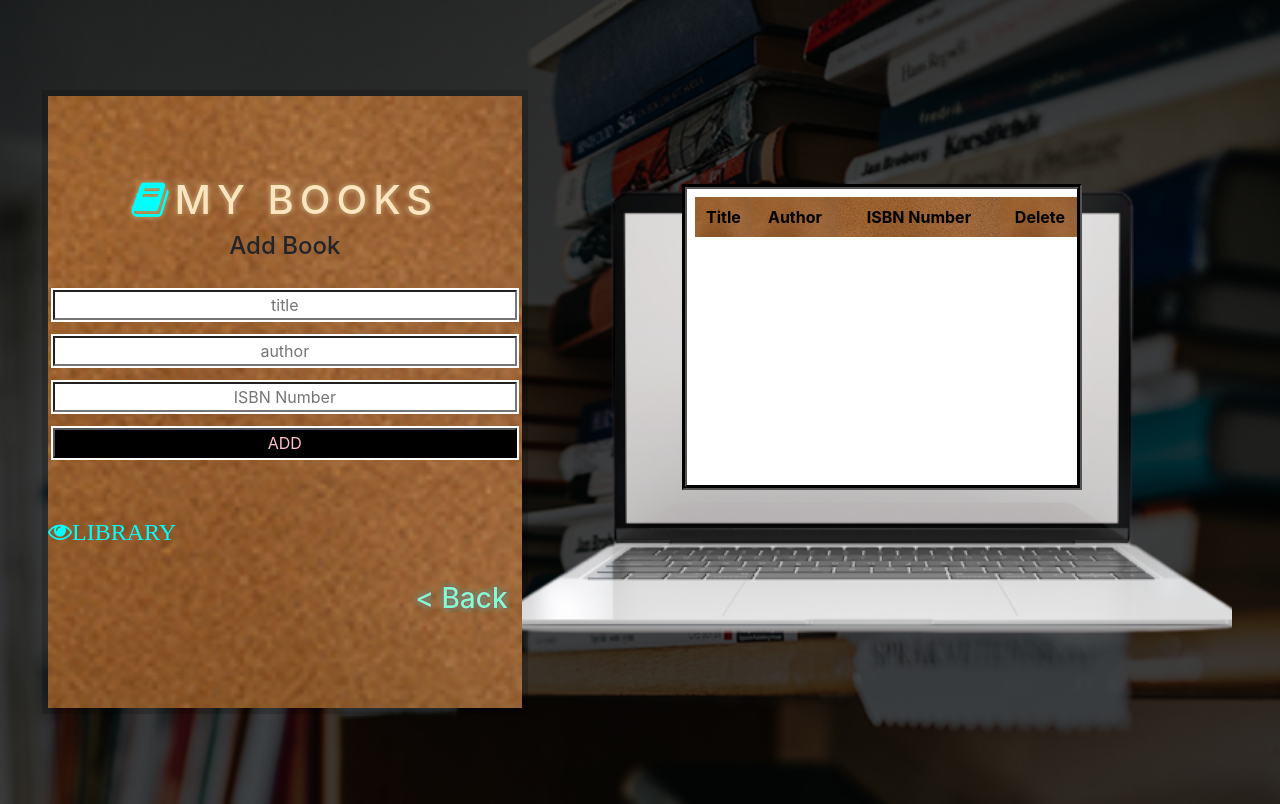
Repository: CSituma/Home-Library-App
Page: libu.html
An editor plug-in stored every save of this project. The page is shown before and after the next save, followed by the edit.
The browser window is 1280 px wide. The pictures show the whole page.
Backgrounds fixed to the window are drawn as part of the page. Some web libraries are served in a nearby version.

Above is the page before, as saved 2020-11-10 21:39:02.

### libu.html
<!DOCTYPE html>
<html lang="en">
<head>
    <meta charset="UTF-8">
    <meta name="viewport" content="width=device-width, initial-scale=1.0">
    <meta http-equiv="X-UA-Compatible" content="ie=edge">
    <link rel="stylesheet" href="style.css">
    <link rel="stylesheet" href="https://cdnjs.cloudflare.com/ajax/libs/font-awesome/4.7.0/css/font-awesome.min.css"/>
<link rel="stylesheet" href="https://stackpath.bootstrapcdn.com/bootstrap/4.5.0/css/bootstrap.min.css" integrity="sha384-9aIt2nRpC12Uk9gS9baDl411NQApFmC26EwAOH8WgZl5MYYxFfc+NcPb1dKGj7Sk" crossorigin="anonymous"/>
<link rel="stylesheet" href="https://cdnjs.cloudflare.com/ajax/libs/animate.css/4.0.0/animate.min.css"/>
  <title>BOOK TRACKER</title>
</head>
<body>
    <div class="columns">
        <div class="js">

            <h1><i class="fa fa-book"></i>MY BOOKS</h1>
                        <h4>Add Book</h4>
            <form id="form">
                <input type= "text" id= "title"  placeholder="title">
                <input type= "text" id= "author" placeholder="author" >
                <input type= "text" id= "number" placeholder="ISBN Number">
                <input type= "submit"id= "button" value="ADD">
            </form>
        <h3> <a href= "./index.html"> < Back </a></h3>
        <h4 id="libur"><a href= "#storage"><i class="fa fa-eye">LIBRARY</i></a></h4>

        </div>
        <div class="storage" id="storage" >
              <div class="storage_items">
        <table id="table">
            <thead>
                <tr>
                <th id="title">Title</th>
                <th>Author</th>
                <th>ISBN Number</th>
                <th>Delete</th>
                </tr>
                </thead>
                <tbody class="Booklist" id="booklist">
                </tbody>
            </table>
            </div>
        </div>
</div>
    <script src="lib.js"></script>
 </body>
 </html>

### style.css
/*homepage//////////////*/
body,
html {
  max-width: 100%;
  margin: 0;
  padding: 0;
  max-height: 100%;
  background: url("./images/sandra-seitamaa-qkIWnKtGhg4-unsplash.jpg")
    center/cover no-repeat fixed;
}

.container {
  margin: 10em 20em 20em 20em;
  height: 400px;
  width: 40%;
  background-color: rgba(146, 116, 15, 0.445);
  text-align: center;
}

.lol {
  padding-top: 5em;
  font-weight: 800;
  font-style: italic;
}
span {
  color: yellow;
  font-weight: 400;
}
#lolone {
  color: ghostwhite;
}

h3 {
  padding-top: 4em;
  float: right;
  margin-right: 0.5em;
  font-weight: 900;
  font-size: 2rem;
  text-shadow: 0 0 3px #FF0000, 0 0 5px aqua;
}

h3 a {
  text-decoration: none;
 color: aquamarine;

}

h3 a:hover {
  text-decoration: none;
  color: burlywood;
}

#you {
  padding: 1rem;
  color: gold;
}

/*library////////////////*/
.columns {
  display: flex;
  justify-content: space-between;
  max-width: 100%;
  max-height: 100%;
  background: rgba(0, 0, 0, 0.692);

}
h1{
  letter-spacing: 6px;
  text-shadow: 0 0 3px olive, 0 0 5px pink;
  padding-top:2em;
  margin: 0;
  color: bisque;

}
table {
  background: black;
  width: 100%;
  margin:0.5em;
  margin-left:0.2em;
  text-align: center;
  color:white;

}


td{
  margin: 2em;
}
tr{
  border-left: white 5px solid;
  height: 40px;
}
th {
  color: black;
  background:url('./images/josephine-bredehoft-KsAo8ouBn8A-unsplash.jpg') center/cover no-repeat;
  outline: none;
}
tbody tr:nth-child(odd){
  background:white;
 color: olive;
}
tbody tr:nth-child(odd):hover {
  box-shadow: 0 0 0 2px white;

}
tbody tr:nth-child(even){
background:black;

}
tbody tr:nth-child(even):hover{
  box-shadow: 0 0 0 2px gray;
}

 .fa {
   color:aqua;
 }
 .fa:hover{
   font-size:1.3em;
 }
form {
  padding: 0.3em;
  margin-top: 1em;
}

form input {
  width: 100%;
  margin: 0.5em 0;
  -webkit-box-shadow: 0 0 0 2px white;
  box-shadow: 0 0 0 2px white;
}

:placeholder-shown {
  text-align: center;
}

#button {
  color: pink;
  background-color: black;
}

/*/////////////////////////////////*/
.storage_items {

  background-color: white;
  width:100%;
  max-height: 70%;
  margin-left: 8em;
  margin-top: 5em;
  margin-bottom: 2em;
  border: rgb(0, 0, 0) 5px solid;
  border-style: groove;
  padding-bottom: 15em;
  overflow: scroll;
  scroll-behavior: smooth;
  scrollbar-width: 2px;
}
.storage {
  background:url("./images/1463-removebg-preview.png") center/cover no-repeat;
  width: 60%;
  height: 85vh;
  margin: 6em 3em 6em 0;
  border-radius: 3px;

}
.js {
  -webkit-box-shadow: 0 0 0 6px rgba(0, 0, 0, 0.191);
  box-shadow: 0 0 0 6px rgba(0, 0, 0, 0.191);
  text-align: center;
  width: 40%;
  margin: 6em 0em 6em 3em;
  background: url("./images/josephine-bredehoft-KsAo8ouBn8A-unsplash.jpg")
    center/cover no-repeat;
}
#libur {
  margin-top: 2em;
 float: left;
 margin-left: 0;
  color:black;
}
@media screen and (max-width:1000px) {
  .storage{
    margin-right: 0;

    background: url("./images/719-removebg-preview.png") center/cover no-repeat;
  }
  .storage_items{
    margin:0;
    font-size: 13px;
   border: 10px solid black;
   border-radius: 45px;
   border-bottom-right-radius:5px;
   border-bottom-left-radius:5px;
   border-top-right-radius:15px;

   padding:0;
   padding-bottom: 15em;

}

.js{
  margin: 0;}


}

@media screen and (min-width:1000px) {

 .storage_items{
  max-height: 60%;
    background-color: white;
    width: 400px;
    height: 50%;
    margin-left: 10em;
    margin-top: 5.5em;

  }


 }

 @media screen and (max-width:800px)
 {
  .storage{
    background: url("./images/719-removebg-preview.png") center/cover no-repeat;
  }
  .storage_items{
    margin:0;
    font-size: 13px;
   border: 10px solid black;
   border-radius: 45px;
   border-bottom-right-radius:5px;
   border-bottom-left-radius:5px;
   border-top-right-radius:15px;
   padding:0;
   padding-bottom: 15em;

}
.columns{
  flex-direction: column;
}
.js{
  width:100%;
  padding: 0 5em;
 }

 }

### lib.js
// Book Class: Represents a Book
class Book {
  constructor(title, author, isbn) {
    this.title = title;
    this.author = author;
    this.isbn = isbn;
  }
}

// UI Class: Handle UI Tasks
class UI {
//display Books.//
static displayBooks () {
 const books = Store.getBooks();
 books.forEach(((book) =>
  UI.addBookToList(book)));
}


//addbooks
static addBookToList(book) {

const bookList = document.querySelector('#booklist');
const row = document.createElement('tr');

row.innerHTML= `<td>${book.title} </td>
               <td>${book.author}</td>
               <td>${book.isbn}</td>
              <td><i class="fa fa-trash-o"></i></td>`;

bookList.appendChild(row);

}


//deletebooks
static deleteBook(el){
 if(el.classList.contains('fa')){
   el.parentElement.parentElement.remove();
  }}

////show alert msg
static showAlert(message, className){
const div = document. createElement('div');
div.className = `alert alert-${className}`;
div.appendChild(document.createTextNode(message));
const button = document.getElementById('button');
const form = document.getElementById('form');


form.insertBefore(div, button);


//message vanishing//

setTimeout(() => {
  document.querySelector('.alert').remove();
}, 3000);

}

//clear fields//

static clearFields() {
  document.querySelector('#title').value = '';
  document.querySelector('#author').value = '';
  document.querySelector('#number').value = '';
}

}

///Events:
/* 1. Display Books */

document.addEventListener('DOMContentLoaded', UI.displayBooks);

/* 2. Add Books*/
document.querySelector("#form").addEventListener('submit',(e) =>
{
e.preventDefault();
///get form values//
const title = document.querySelector('#title').value;
const author = document.querySelector('#author').value;
const isbn = document.querySelector('#number').value;

  // Validate
 if(title ===''|| author===''|| isbn===''){
   UI.showAlert('Please fill in the Form', 'danger')
 }
else{
  //instantiate Book
  const book = new Book(title,author,isbn);

//////Adding
UI.addBookToList(book);

Store.addBook(book);

///Show Sucess Message
UI.showAlert('Added', 'success');
//Clearfields
UI.clearFields();


 }
}
);


/////3. Remove BOOK////
document.querySelector('#booklist').addEventListener('click', (e)=>{
e.preventDefault();
//deleting from UI

UI.deleteBook(e.target);
///deleting from Store
Store.removeBook(e.target.parentElement.previousElementSibling.textContent);
//Message
UI.showAlert('Book Deleted', 'danger');

}
);

///localStorage
class Store{
  static getBooks(){
    let books;
   if (localStorage.getItem('books') === null){
     books = [];
   }
   else {
     books = JSON.parse(localStorage.getItem('books'));
   }
   return books;
  }

  static addBook(book){
    const books= Store.getBooks();
    books.push(book);
   localStorage.setItem('books',JSON.stringify(books));
  }
  static removeBook(isbn) {
    const books = Store.getBooks();

    books.forEach((book, index) => {
      if(book.isbn === isbn) {
        books.splice(index, 1);
      }
    });
    localStorage.setItem('books', JSON.stringify(books));
  }
}

After the next save:
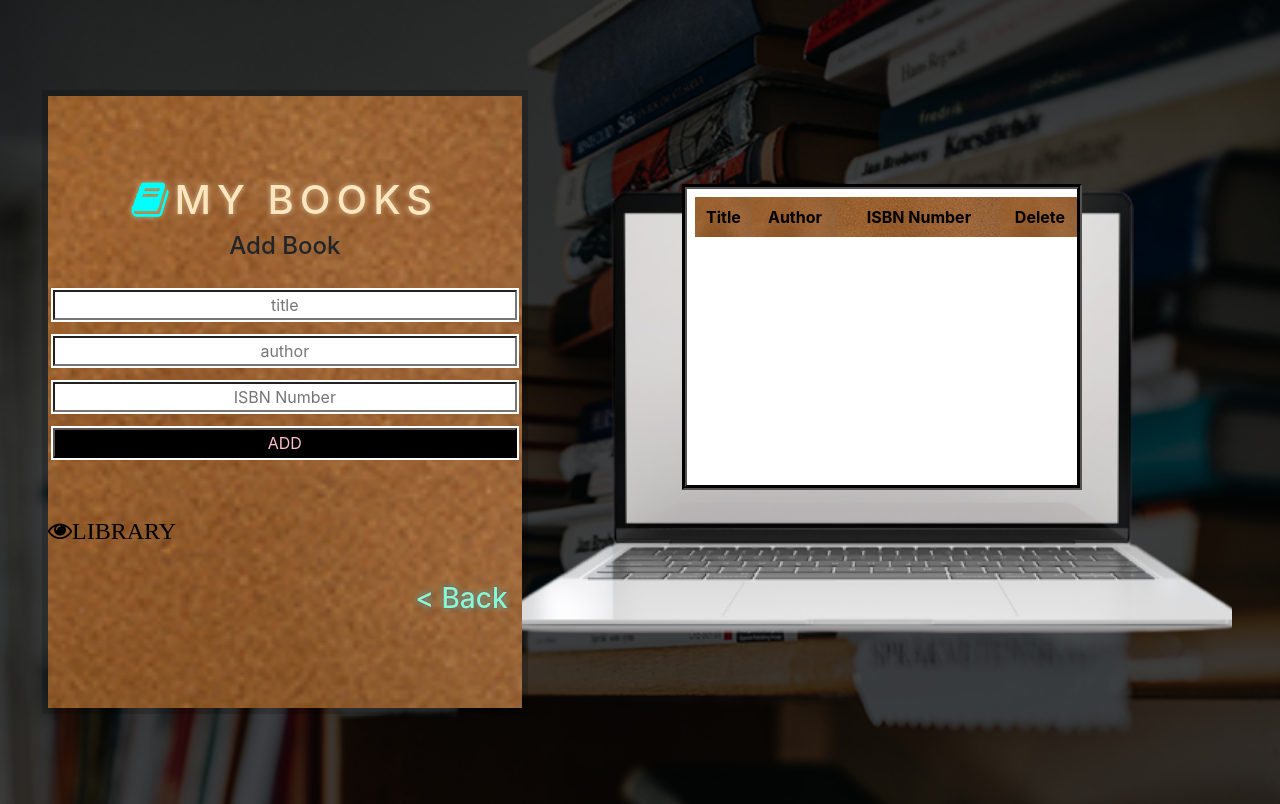
Saved 23 s later.
--- a/style.css
+++ b/style.css
@@ -171,11 +171,11 @@ form input {
   background: url("./images/josephine-bredehoft-KsAo8ouBn8A-unsplash.jpg")
     center/cover no-repeat;
 }
-#libur {
+#libur .fa{
   margin-top: 2em;
  float: left;
  margin-left: 0;
-  color:black;
+color:black;
 }
 @media screen and (max-width:1000px) {
   .storage{
